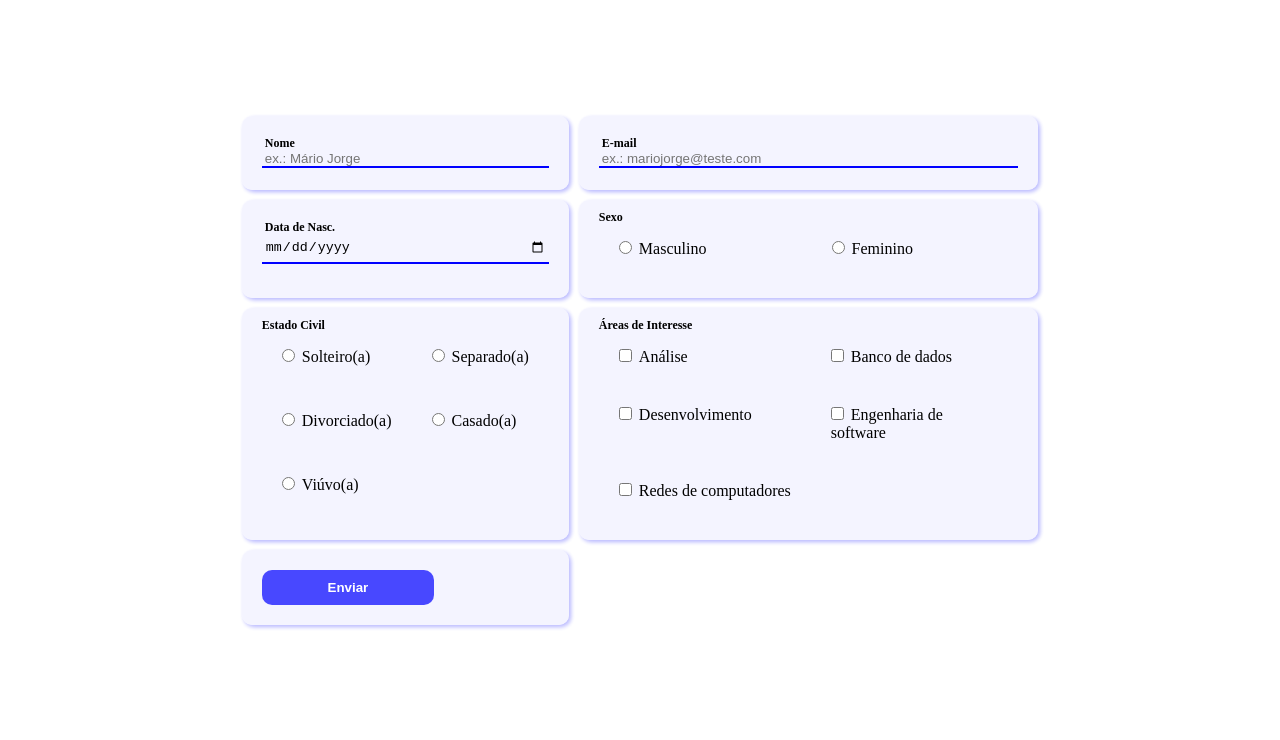
Repository: mjRibeiroTriscal/UVA_Projects
Page: Proj_A1_AVA2_2020_1/index.html
The author's editor kept a copy of each file at every save. The page is drawn from the files as they stood at one save, then again after the next save.
The browser window is 1280 px wide. The pictures show the whole page.

Above is the page before, as saved 2020-03-13 14:42:19.

### Proj_A1_AVA2_2020_1/index.html
<!--
*   @project     A1_AVA2_UVA_2020_1
*   @author      Mário Jorge (mariojgmaster@yahoo.com.br)
*   @Git         MJRibeiroTriscal (https://github.com/mjRibeiroTriscal)
-->

<html>

<head>
    <meta charset="UTF-8">
    <title>Tell Me About You</title>
    <!-- <link rel="icon" href="./favicon.png" sizes="16x16 32x32" type="image/png"> -->
    <script src="./script.js"></script>
    <link rel="stylesheet" href="./style.css" />
</head>

<body>
    <div id="container">

        <header>

            <h2></h2>

        </header>

        <section>

            <form class="gridContainer" name="formUva" action="http://google.co">

                <div class="gridItem blockContainer">
                    <label for="nome" class="labelFirst">Nome</label>
                    <input id="nome" type="text" name="nome" placeholder="ex.: Mário Jorge" />
                </div>
                <div class="gridItem blockContainer">
                    <label for="email" class="labelFirst">E-mail</label>
                    <input id="email" type="text" name="email" placeholder="ex.: mariojorge@teste.com" />
                </div>

                <div class="gridItem blockContainer">
                    <label for="dataNasc" class="labelFirst">Data de Nasc.</label>
                    <input id="dataNasc" type="date" name="dataNasc" />
                </div>

                <div class="gridItem gridContainer blockContainer">
                    <h3 style="position:absolute;margin-top:-10px;">Sexo</h3>
                    <div class="gridItem">
                        <input id="masc" type="radio" name="masc" />
                        <label for="masc">Masculino</label>
                    </div>
                    <div class="gridItem">
                        <input id="fem" type="radio" name="fem" />
                        <label for="fem">Feminino</label>
                    </div>
                </div>

                <div class="gridItem gridContainer blockContainer">
                    <h3 style="position:absolute;margin-top:-10px;">Estado Civil</h3>
                    <div class="gridItem">
                        <input id="solteiro" type="radio" name="estCivil" />
                        <label for="solteiro">Solteiro(a)</label>
                    </div>
                    <div class="gridItem">
                        <input id="separado" type="radio" name="estCivil" />
                        <label for="separado">Separado(a)</label>
                    </div>
                    <div class="gridItem">
                        <input id="divorciado" type="radio" name="estCivil" />
                        <label for="divorciado">Divorciado(a)</label>
                    </div>
                    <div class="gridItem">
                        <input id="casado" type="radio" name="estCivil" />
                        <label for="casado">Casado(a)</label>
                    </div>
                    <div class="gridItem">
                        <input id="viuvo" type="radio" name="estCivil" />
                        <label for="viuvo">Viúvo(a)</label>
                    </div>
                </div>

                <div class="gridItem gridContainer blockContainer">
                    <h3 style="position:absolute;margin-top:-10px;">Áreas de Interesse</h3>
                    <div class="gridItem">
                        <input id="analise" type="checkbox" name="analise" />
                        <label for="analise">Análise</label>
                    </div>
                    <div class="gridItem">
                        <input id="bancoDados" type="checkbox" name="bancoDados" />
                        <label for="bancoDados">Banco de dados</label>
                    </div>
                    <div class="gridItem">
                        <input id="desenvolvimento" type="checkbox" name="desenvolvimento" />
                        <label for="desenvolvimento">Desenvolvimento</label>
                    </div>
                    <div class="gridItem">
                        <input id="engenhariaSoftware" type="checkbox" name="engenhariaSoftware" />
                        <label for="engenhariaSoftware">Engenharia de software</label>
                    </div>
                    <div class="gridItem">
                        <input id="redesComputadores" type="checkbox" name="redesComputadores" />
                        <label for="redesComputadores">Redes de computadores</label>
                    </div>
                </div>

                <div class="gridItem itemFlex blockContainer">
                    <input type="submit" value="Enviar">
                </div>

            </form>

        </section>

        <footer>

        </footer>

</body>

</html>

### Proj_A1_AVA2_2020_1/script.js
/*
 *   @project     A1_AVA2_UVA_2020_1
 *   @author      Mário Jorge (mariojgmaster@yahoo.com.br)
 *   @Git         MJRibeiroTriscal (https://github.com/mjRibeiroTriscal)
 */

### Proj_A1_AVA2_2020_1/style.css
/*
 *   @project     A1_AVA2_UVA_2020_1
 *   @author      Mário Jorge (mariojgmaster@yahoo.com.br)
 *   @Git         MJRibeiroTriscal (https://github.com/mjRibeiroTriscal)
 */

* {
    margin: 0px;
    padding: 0px;
}

html,
body {
    width: 100%;
    height: 100%;
}

#container {
    padding: 10px;
    display: flex;
    align-items: center;
    justify-content: center;
    height: 100%;
}

section {
    width: 80%;
    display: flex;
    align-items: center;
    justify-content: center;
}

section form.gridContainer {
    width: 80%;
}

label.labelFirst,
h3 {
    font-size: 12px;
    font-weight: 700;
}

label {
    margin-left: 3px;
}

input {
    border: none;
    outline: none;
    box-shadow: 0;
}

input[type=text],
input[type=date] {
    width: 100%;
    height: 50%;
    padding: 1px 3px;
    border-bottom: 2px solid Blue;
    background: none;
}

input[type=submit] {
    width: 60%;
    height: 100%;
    padding: 10px;
    color: #FFF;
    font-weight: bold;
    background-color: rgba(0, 0, 255, 0.7);
    border-radius: 10px;
}

input[type=submit]:active {
    background-color: rgba(0, 0, 255, 0.9);
}

.gridContainer {
    display: grid;
    /* border: 1px solid red; */
    grid-template-columns: auto auto;
}

.gridItem {
    padding: 20px;
}

.blockContainer {
    margin: 5px;
    border-radius: 10px;
    background-color: rgba(240, 240, 255, 0.7);
    box-shadow: 2px 2px 4px rgba(0, 0, 255, 0.1), 2px 2px 4px rgba(0, 0, 255, 0.2);
}

After the next save:
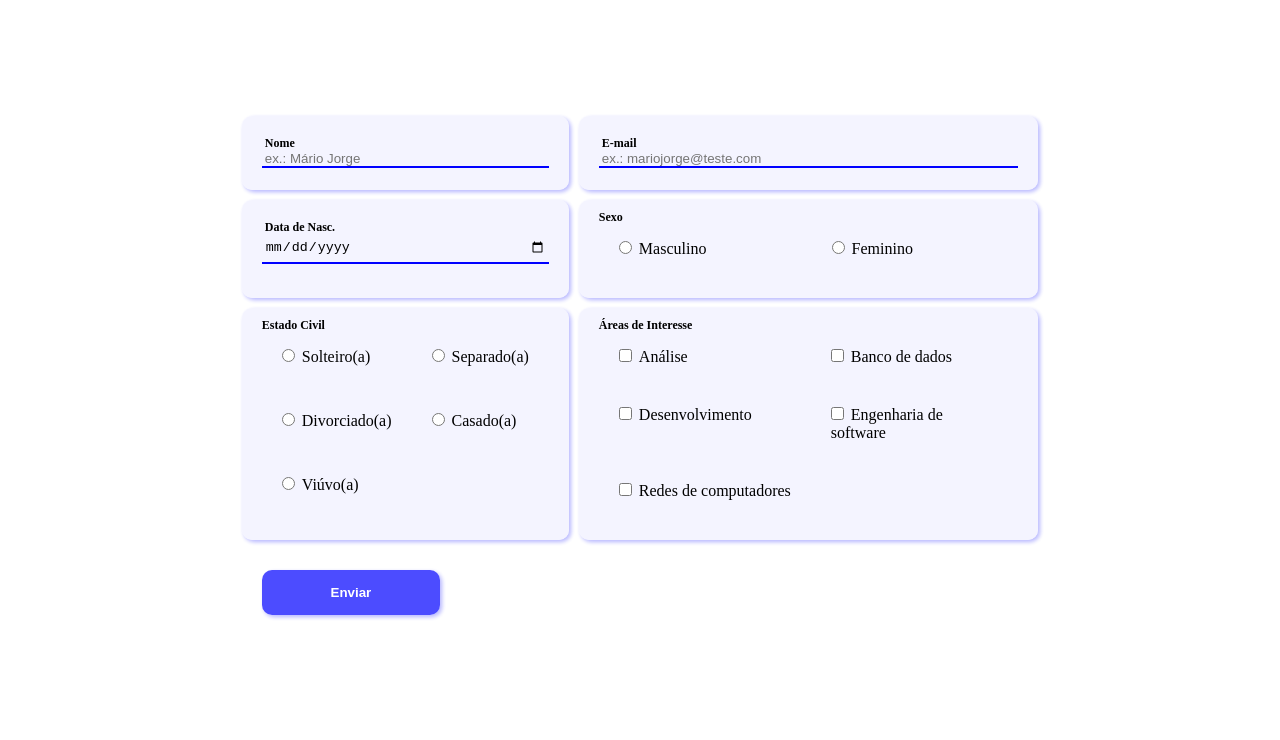
Saved 14 s later.
--- a/Proj_A1_AVA2_2020_1/index.html
+++ b/Proj_A1_AVA2_2020_1/index.html
@@ -101,8 +101,8 @@
                     </div>
                 </div>
 
-                <div class="gridItem itemFlex blockContainer">
-                    <input type="submit" value="Enviar">
+                <div class="gridItem itemFlex">
+                    <input type="submit" class="blockContainer" value="Enviar">
                 </div>
 
             </form>
